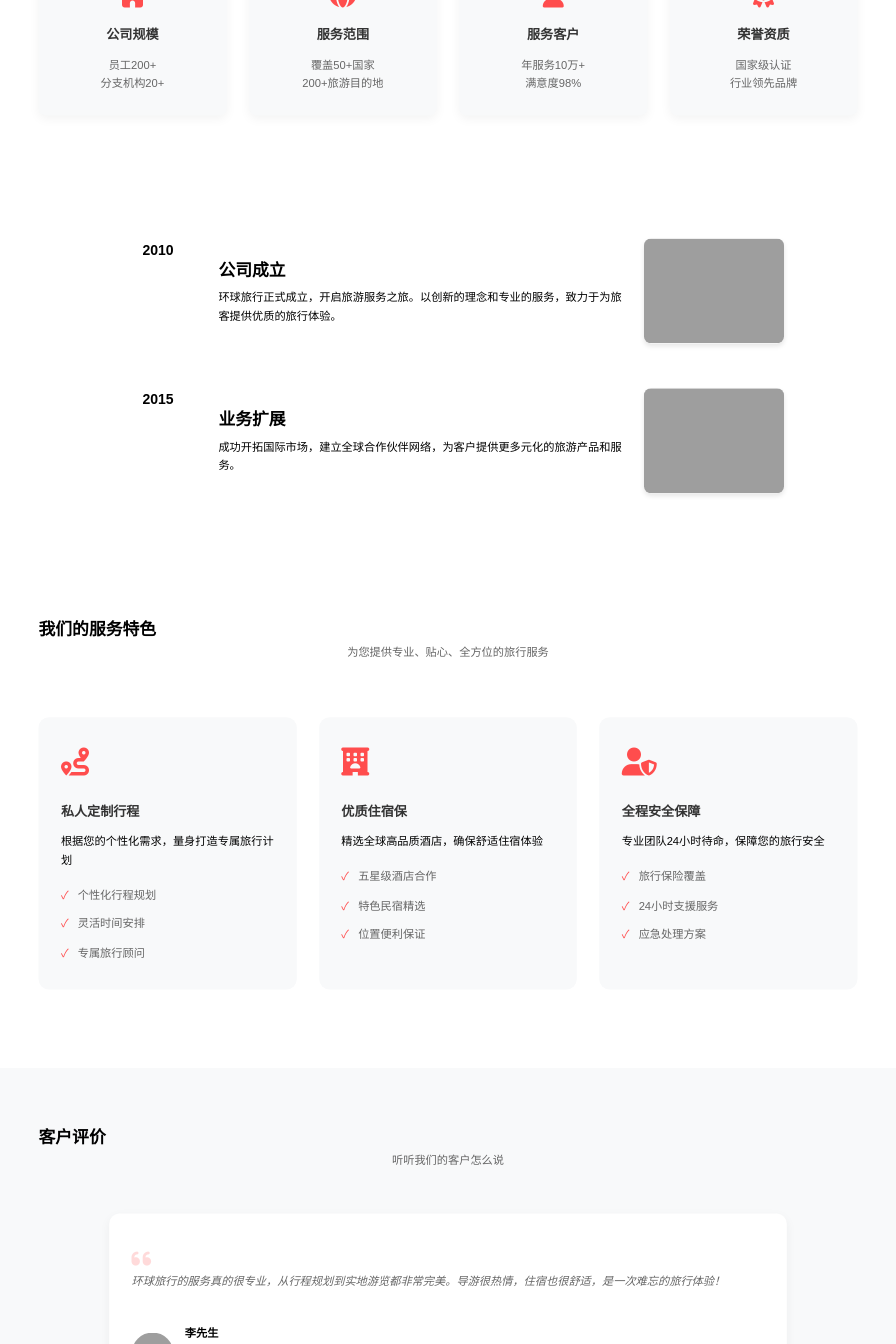
Repository: huang-heavenly-Emperor/travel_1
Page: pages/about.html
An editor plug-in stored every save of this project. The page is shown before and after the next save, followed by the edit.
The browser window is 1280 px wide. The pictures show the part of the page from y = 2351 to 4271 px (the page is 7565 px tall before and 3404 px after), at 70% of full size.
Pictures or frames that could not be fetched are drawn as grey boxes.

Above is the page before, as saved 2024-11-18 04:10:37.

### pages/about.html
<!DOCTYPE html>
<html lang="zh-CN">
<head>
    <meta charset="UTF-8">
    <meta name="viewport" content="width=device-width, initial-scale=1.0">
    <meta name="description" content="环球旅行 - 专业的旅游服务提供商，为您提供全球旅游攻略、行程规划和预订服务">
    <meta name="keywords" content="环球旅行,旅游,旅行社,旅游攻略,旅游预订">
    <meta name="author" content="环球旅行">

    <!-- 网站图标 -->
    <link rel="icon" href="../assets/images/favicon.ico" type="image/x-icon">
    <link rel="shortcut icon" href="../assets/images/favicon.ico" type="image/x-icon">

    <!-- 社交媒体分享信息 -->
    <meta property="og:title" content="关于我们 - 环球旅行">
    <meta property="og:description" content="了解环球旅行的故事和我们的服务理念">
    <meta property="og:image" content="../assets/images/about/share-image.jpg">
    <meta property="og:url" content="https://yourwebsite.com/about">

    <!-- CSS 文件引入 -->
    <link rel="stylesheet" href="../css/style.css">
    <link rel="stylesheet" href="../css/animations.css">
    <link rel="stylesheet" href="../css/responsive.css">
    <link rel="stylesheet" href="../css/about.css">

    <!-- 字体图标 -->
    <link rel="stylesheet" href="https://cdnjs.cloudflare.com/ajax/libs/font-awesome/6.0.0/css/all.min.css">

    <!-- 主题切换脚本 -->
    <script src="/js/theme.js" defer></script>
</head>
<body>
     <!-- 导航栏 -->
     <nav class="main-nav">
      <div class="nav-logo">
          <h1>环球旅行</h1>
      </div>

      <!-- 汉堡菜单按钮 -->
      <div class="hamburger">
          <span></span>
          <span></span>
          <span></span>
      </div>

      <!-- 导航菜单 -->
      <div class="nav-menu">
          <ul class="nav-links">
              <li><a href="../index.html">首页</a></li>
              <li><a href="about.html" class="active">关于我们</a></li>
              <li><a href="destinations.html">目的地</a></li>
              <li><a href="guide.html">旅游指南</a></li>
              <li><a href="news-events.html">新闻活动</a></li>
              <li><a href="contact.html">联系我们</a></li>
          </ul>
          <div class="theme-switch">
            <button class="theme-toggle" aria-label="切换主题">
                <i class="fas fa-sun light-icon"></i>
                <i class="fas fa-moon dark-icon"></i>
            </button>
        </div>
          <div class="nav-auth">
              <a href="login.html" class="btn-login">登录</a>
              <a href="register.html" class="btn-register">注册</a>
          </div>
      </div>
  </nav>
    <!-- 页面头部 -->
    <header class="about-header">
        <div class="header-content">
            <h1>关于我们</h1>
            <p>探索世界，创造回忆</p>
        </div>
    </header>

    <!-- 公司简介 -->
    <section class="company-intro">
        <div class="container">
            <div class="intro-content">
                <h2>我们的故事</h2>
                <p>环球旅行成立于2010年，致力于为旅行者提供最优质的旅游体验。十余年来，我们始终坚持"让旅行更美好"的理念，服务数十万旅客游览世界各地。</p>
            </div>
            <div class="intro-image">
                <img
                    src="https://picsum.photos/800/600?random=1"
                    alt="公司简介"
                    loading="lazy"
                >
            </div>
        </div>
    </section>

    <!-- 核心价值观 -->
    <section class="core-values">
        <div class="container">
            <h2>我们价值观</h2>
            <div class="values-grid">
                <div class="value-card">
                    <i class="fas fa-heart"></i>
                    <h3>专业服务</h3>
                    <p>提供专业的旅游规划和贴心的服务</p>
                </div>
                <div class="value-card">
                    <i class="fas fa-shield-alt"></i>
                    <h3>安全保障</h3>
                    <p>确保旅客的安全是我们的首要任务</p>
                </div>
                <div class="value-card">
                    <i class="fas fa-star"></i>
                    <h3>品质保证</h3>
                    <p>精选优质旅游路线和住宿服务</p>
                </div>
            </div>
        </div>
    </section>

    <!-- 团队介绍 -->
    <section class="team-section">
        <div class="container">
            <h2>我们的团队</h2>
            <div class="team-grid">
                <div class="team-member">
                    <div class="member-image">
                        <img
                            src="https://picsum.photos/300/300?random=2"
                            alt="团队成员"
                            loading="lazy"
                        >
                    </div>
                    <div class="member-info">
                        <h3>张明</h3>
                        <p>创始人 & CEO</p>
                    </div>
                </div>
                <!-- 更多团队成员... -->
            </div>
        </div>
    </section>

    <!-- 公司基本信息部分 -->
    <section class="company-info">
        <div class="container">
            <div class="info-grid">
                <div class="info-card">
                    <i class="fas fa-building"></i>
                    <h3>公司规模</h3>
                    <p>员工200+</p>
                    <p>分支机构20+</p>
                </div>
                <div class="info-card">
                    <i class="fas fa-globe"></i>
                    <h3>服务范围</h3>
                    <p>覆盖50+国家</p>
                    <p>200+旅游目的地</p>
                </div>
                <div class="info-card">
                    <i class="fas fa-users"></i>
                    <h3>服务客户</h3>
                    <p>年服务10万+</p>
                    <p>满意度98%</p>
                </div>
                <div class="info-card">
                    <i class="fas fa-award"></i>
                    <h3>荣誉资质</h3>
                    <p>国家级认证</p>
                    <p>行业领先品牌</p>
                </div>
            </div>
        </div>
    </section>

    <!-- 发展历程部分 -->
    <section class="timeline">
        <div class="timeline-item">
            <div class="year">2010</div>
            <div class="timeline-content">
                <div class="timeline-text">
                    <h3>公司成立</h3>
                    <p>环球旅行正式成立，开启旅游服务之旅。以创新的理念和专业的服务，致力于为旅客提供优质的旅行体验。</p>
                </div>
                <div class="timeline-image">
                    <img src="https://picsum.photos/200/150?random=1" alt="公司成立">
                </div>
            </div>
        </div>

        <div class="timeline-item">
            <div class="year">2015</div>
            <div class="timeline-content">
                <div class="timeline-text">
                    <h3>业务扩展</h3>
                    <p>成功开拓国际市场，建立全球合作伙伴网络，为客户提供更多元化的旅游产品和服务。</p>
                </div>
                <div class="timeline-image">
                    <img src="https://picsum.photos/200/150?random=2" alt="业务扩展">
                </div>
            </div>
        </div>

        <!-- 可以继续添加更多时间线项目 -->
    </section>

    <!-- 服务特色部分 -->
    <section class="service-features">
        <div class="container">
            <h2>我们的服务特色</h2>
            <p class="section-desc">为您提供专业、贴心、全方位的旅行服务</p>

            <div class="features-grid">
                <div class="feature-card">
                    <div class="feature-icon">
                        <i class="fas fa-route"></i>
                    </div>
                    <div class="feature-content">
                        <h3>私人定制行程</h3>
                        <p>根据您的个性化需求，量身打造专属旅行计划</p>
                        <ul class="feature-list">
                            <li>个性化行程规划</li>
                            <li>灵活时间安排</li>
                            <li>专属旅行顾问</li>
                        </ul>
                    </div>
                </div>

                <div class="feature-card">
                    <div class="feature-icon">
                        <i class="fas fa-hotel"></i>
                    </div>
                    <div class="feature-content">
                        <h3>优质住宿保</h3>
                        <p>精选全球高品质酒店，确保舒适住宿体验</p>
                        <ul class="feature-list">
                            <li>五星级酒店合作</li>
                            <li>特色民宿精选</li>
                            <li>位置便利保证</li>
                        </ul>
                    </div>
                </div>

                <div class="feature-card">
                    <div class="feature-icon">
                        <i class="fas fa-user-shield"></i>
                    </div>
                    <div class="feature-content">
                        <h3>全程安全保障</h3>
                        <p>专业团队24小时待命，保障您的旅行安全</p>
                        <ul class="feature-list">
                            <li>旅行保险覆盖</li>
                            <li>24小时支援服务</li>
                            <li>应急处理方案</li>
                        </ul>
                    </div>
                </div>
            </div>
        </div>
    </section>

    <!-- 客户评价部分 -->
    <section class="testimonials">
        <div class="container">
            <h2>客户评价</h2>
            <p class="section-desc">听听我们的客户怎么说</p>

            <div class="testimonials-slider">
                <div class="testimonial-card">
                    <div class="testimonial-content">
                        <i class="fas fa-quote-left"></i>
                        <p>环球旅行的服务真的很专业，从行程规划到实地游览都非常完美。导游很热情，住宿也很舒适，是一次难忘的旅行体验！</p>
                    </div>
                    <div class="testimonial-author">
                        <img src="https://picsum.photos/100/100?random=6" alt="客户头像" loading="lazy">
                        <div class="author-info">
                            <h4>李先生</h4>
                            <p>法国巴黎之旅</p>
                            <div class="rating">
                                <i class="fas fa-star"></i>
                                <i class="fas fa-star"></i>
                                <i class="fas fa-star"></i>
                                <i class="fas fa-star"></i>
                                <i class="fas fa-star"></i>
                            </div>
                        </div>
                    </div>
                </div>

                <!-- 更多评价卡片 -->
            </div>

            <!-- 滑动控制按钮 -->
            <div class="slider-controls">
                <button class="prev-btn"><i class="fas fa-chevron-left"></i></button>
                <button class="next-btn"><i class="fas fa-chevron-right"></i></button>
            </div>
        </div>
    </section>

    <!-- 合作伙伴部分 -->
    <section class="partners">
        <div class="container">
            <h2>合作伙伴</h2>
            <p class="section-desc">与全球知名品牌携手合作，为您提供优质服务</p>

            <!-- 合作伙伴分类 -->
            <div class="partners-tabs">
                <button class="tab-btn active" data-category="hotels">酒店集团</button>
                <button class="tab-btn" data-category="airlines">航公司</button>
                <button class="tab-btn" data-category="attractions">景点机构</button>
            </div>

            <!-- 酒店集团 -->
            <div class="partners-grid active" id="hotels">
                <div class="partner-card">
                    <img src="https://via.placeholder.com/200x100?text=Hotel+Partner" alt="酒店集团1">
                    <div class="partner-info">
                        <h4>国际连锁酒店</h4>
                        <p>五星级酒店合作伙伴</p>
                    </div>
                </div>
                <div class="partner-card">
                    <img src="https://via.placeholder.com/200x100?text=Hotel+Group+2" alt="酒店集团2">
                    <div class="partner-info">
                        <h4>精品酒店联盟</h4>
                        <p>特色住宿体验</p>
                    </div>
                </div>
                <div class="partner-card">
                    <img src="https://via.placeholder.com/200x100?text=Hotel+Group+3" alt="酒店集团3">
                    <div class="partner-info">
                        <h4>度假村集团</h4>
                        <p>度假胜地合作伙伴</p>
                    </div>
                </div>
            </div>

            <!-- 航空公司 -->
            <div class="partners-grid" id="airlines">
                <div class="partner-card">
                    <img src="https://via.placeholder.com/200x100?text=Airline+1" alt="航空公司1">
                    <div class="partner-info">
                        <h4>国际航空</h4>
                        <p>全球航线网络</p>
                    </div>
                </div>
                <div class="partner-card">
                    <img src="https://via.placeholder.com/200x100?text=Airline+2" alt="航空公司2">
                    <div class="partner-info">
                        <h4>东方航空</h4>
                        <p>亚洲航线专家</p>
                    </div>
                </div>
                <div class="partner-card">
                    <img src="https://via.placeholder.com/200x100?text=Airline+3" alt="航空公司3">
                    <div class="partner-info">
                        <h4>南方航空</h4>
                        <p>区域航线覆盖</p>
                    </div>
                </div>
            </div>

            <!-- 景点机构 -->
            <div class="partners-grid" id="attractions">
                <div class="partner-card">
                    <img src="https://via.placeholder.com/200x100?text=Attraction+1" alt="景点1">
                    <div class="partner-info">
                        <h4>世界遗产联盟</h4>
                        <p>文化遗产合</p>
                    </div>
                </div>
                <div class="partner-card">
                    <img src="https://via.placeholder.com/200x100?text=Attraction+2" alt="景点2">
                    <div class="partner-info">
                        <h4>主题园集团</h4>
                        <p>娱乐项目合作</p>
                    </div>
                </div>
                <div class="partner-card">
                    <img src="https://via.placeholder.com/200x100?text=Attraction+3" alt="景点3">
                    <div class="partner-info">
                        <h4>自然公园联盟</h4>
                        <p>自然景观合作</p>
                    </div>
                </div>
            </div>
        </div>
    </section>

    <!-- 新闻动态 -->
    <section class="news-section">
        <div class="container">
            <h2>新闻动态</h2>
            <p class="section-desc">了解我们的最新动态</p>

            <div class="news-grid">
                <!-- 新闻卡片 1 -->
                <div class="news-card">
                    <div class="news-image">
                        <img src="https://picsum.photos/400/250?random=5" alt="新闻图片1">
                        <div class="news-date">
                            <span>2024</span>
                            <span>3月15日</span>
                        </div>
                    </div>
                    <div class="news-content">
                        <h3>2024年旅游新趋势发布</h3>
                        <p>我们发布了2024年最新的旅游趋势报告，深入析了后疫情时代的旅市场变化...</p>
                        <a href="#" class="read-more">阅读更多</a>
                    </div>
                </div>

                <!-- 新闻卡片 2 -->
                <div class="news-card">
                    <div class="news-image">
                        <img src="https://picsum.photos/400/250?random=6" alt="新闻图片2">
                        <div class="news-date">
                            <span>2024</span>
                            <span>3月10日</span>
                        </div>
                    </div>
                    <div class="news-content">
                        <h3>新增东南亚旅游线路</h3>
                        <p>我们新增了多条东南亚特色旅游线路，带您探索更多异国风情...</p>
                        <a href="#" class="read-more">阅读更多</a>
                    </div>
                </div>

                <!-- 新闻卡片 3 -->
                <div class="news-card">
                    <div class="news-image">
                        <img src="https://picsum.photos/400/250?random=7" alt="新闻片3">
                        <div class="news-date">
                            <span>2024</span>
                            <span>3月5日</span>
                        </div>
                    </div>
                    <div class="news-content">
                        <h3>荣获年度最佳旅行社</h3>
                        <p>环球旅行凭借优质服务和创新的理念荣获2024年度最佳旅行社称号...</p>
                        <a href="#" class="read-more">阅读更多</a>
                    </div>
                </div>
            </div>
        </div>
    </section>

    <!-- 常见问题解答 -->
    <section class="faq-section">
        <div class="container">
            <h2>常见问题</h2>
            <p class="section-desc">为您解答最常见的问题</p>

            <div class="faq-container">
                <div class="faq-item">
                    <div class="faq-question">
                        <h3>如何预订旅行套餐？</h3>
                        <span class="toggle-icon">+</span>
                    </div>
                    <div class="faq-answer">
                        <p>您可以通过我们的官网、手机APP或致电客服进行预订。我们的客服团队将为您提供专业的咨询和预订服务。</p>
                    </div>
                </div>

                <div class="faq-item">
                    <div class="faq-question">
                        <h3>可以定制行程吗？</h3>
                        <span class="toggle-icon">+</span>
                    </div>
                    <div class="faq-answer">
                        <p>是的，我们提供个性化定制服务。您可以联系我们的旅行顾问，根据您的具体需求定制专属行程。</p>
                    </div>
                </div>

                <div class="faq-item">
                    <div class="faq-question">
                        <h3>如何处理行程变更？</h3>
                        <span class="toggle-icon">+</span>
                    </div>
                    <div class="faq-answer">
                        <p>您可以在出发前72小时内联系客服进行变更。我们会根据具体情况协助您调整行程。</p>
                    </div>
                </div>
            </div>
        </div>
    </section>

    <!-- 联系方式详情 -->
    <section class="contact-info">
        <div class="container">
            <h2>联系我们</h2>
            <p class="section-desc">随时为您提供帮助和支持</p>

            <div class="contact-grid">
                <!-- 办公地址 -->
                <div class="contact-card">
                    <div class="contact-icon">
                        <i class="fas fa-map-marker-alt"></i>
                    </div>
                    <h3>办公地址</h3>
                    <p>北京市朝阳区建国路88号</p>
                    <p>环球旅行大厦15层</p>
                </div>

                <!-- 联系电话 -->
                <div class="contact-card">
                    <div class="contact-icon">
                        <i class="fas fa-phone"></i>
                    </div>
                    <h3>电话咨询</h3>
                    <p>客服热线：400-888-8888</p>
                    <p>商务合作：010-88888888</p>
                </div>

                <!-- 电子邮箱 -->
                <div class="contact-card">
                    <div class="contact-icon">
                        <i class="fas fa-envelope"></i>
                    </div>
                    <h3>电子邮箱</h3>
                    <p>客服邮箱：service@globaltravel.com</p>
                    <p>商务邮箱：business@globaltravel.com</p>
                </div>

                <!-- 社交媒体 -->
                <div class="contact-card">
                    <div class="contact-icon">
                        <i class="fas fa-comments"></i>
                    </div>
                    <h3>社交媒体</h3>
                    <div class="social-links">
                        <a href="#"><i class="fab fa-weixin"></i></a>
                        <a href="#"><i class="fab fa-weibo"></i></a>
                        <a href="#"><i class="fab fa-qq"></i></a>
                    </div>
                </div>
            </div>
        </div>
    </section>


    <!-- 页脚 -->
   <!-- 页脚部分 -->
   <footer class="footer">
    <div class="footer-top">
        <div class="container">
            <div class="footer-grid">
                <!-- 公司简介 -->
                <div class="footer-company">
                    <h3>环球旅行</h3>
                    <p>专业的旅游服务提供商，致力于为您打造完美的旅行体验。</p>
                    <div class="social-links">
                        <a href="#"><i class="fab fa-weixin"></i></a>
                        <a href="#"><i class="fab fa-weibo"></i></a>
                        <a href="#"><i class="fab fa-qq"></i></a>
                        <a href="#"><i class="fab fa-instagram"></i></a>
                    </div>
                </div>

                <!-- 快速链接 -->
                <div class="footer-links">
                    <h3>快速链接</h3>
                    <ul>
                        <li><a href="about.html">关于我们</a></li>
                        <li><a href="destinations.html">目的地</a></li>
                        <li><a href="guide.html">旅游指南</a></li>
                        <li><a href="contact.html">联系我们</a></li>
                    </ul>
                </div>

                <!-- 热门目的地 -->
                <div class="footer-destinations">
                    <h3>热门目的地</h3>
                    <ul>
                        <li><a href="destinations/paris.html">巴黎</a></li>
                        <li><a href="destinations/tokyo.html">东京</a></li>
                        <li><a href="destinations/santorini.html">圣托里尼</a></li>
                        <li><a href="destinations/maldives.html">马尔代夫</a></li>
                    </ul>
                </div>

                <!-- 联系方式 -->
                <div class="footer-contact">
                    <h3>联系我们</h3>
                    <ul>
                        <li><i class="fas fa-phone"></i> 400-888-8888</li>
                        <li><i class="fas fa-envelope"></i> service@globaltravel.com</li>
                        <li><i class="fas fa-map-marker-alt"></i> 北京市朝阳区xxx街xxx号</li>
                    </ul>
                </div>
            </div>
        </div>
    </div>

    <!-- 页脚底部 -->
    <div class="footer-bottom">
        <div class="container">
            <div class="footer-bottom-content">
                <p>&copy; 2024 环球旅行 版权所有</p>
                <div class="footer-bottom-links">
                    <a href="#">隐私政策</a>
                    <a href="#">服务条款</a>
                    <a href="#">网站地图</a>
                </div>
            </div>
        </div>
    </div>
</footer>


</body>
</html>

### css/animations.css
/* 导航链接悬停动画 */
.nav-links a:hover {
    color: #007bff;
    transform: translateY(-2px);
}

/* 轮播图动画 */
.fade {
    animation: fadeEffect 1.5s ease-in-out;
}

@keyframes fadeEffect {
    from {
        opacity: 0;
    }
    to {
        opacity: 1;
    }
}

/* 关于页面动画 */
@keyframes fadeInDown {
    from {
        opacity: 0;
        transform: translateY(-30px);
    }
    to {
        opacity: 1;
        transform: translateY(0);
    }
}

@keyframes fadeInUp {
    from {
        opacity: 0;
        transform: translateY(30px);
    }
    to {
        opacity: 1;
        transform: translateY(0);
    }
}

/* 滚动显示动画 */
.scroll-reveal {
    opacity: 0;
    transform: translateY(30px);
    transition: all 0.8s ease;
}

.scroll-reveal.active {
    opacity: 1;
    transform: translateY(0);
}

Loaded but not shown: js/theme.js (16 lines, source omitted); css/style.css (896 lines, source omitted); css/about.css (825 lines, source omitted); css/responsive.css (132 lines, source omitted)

After the next save:
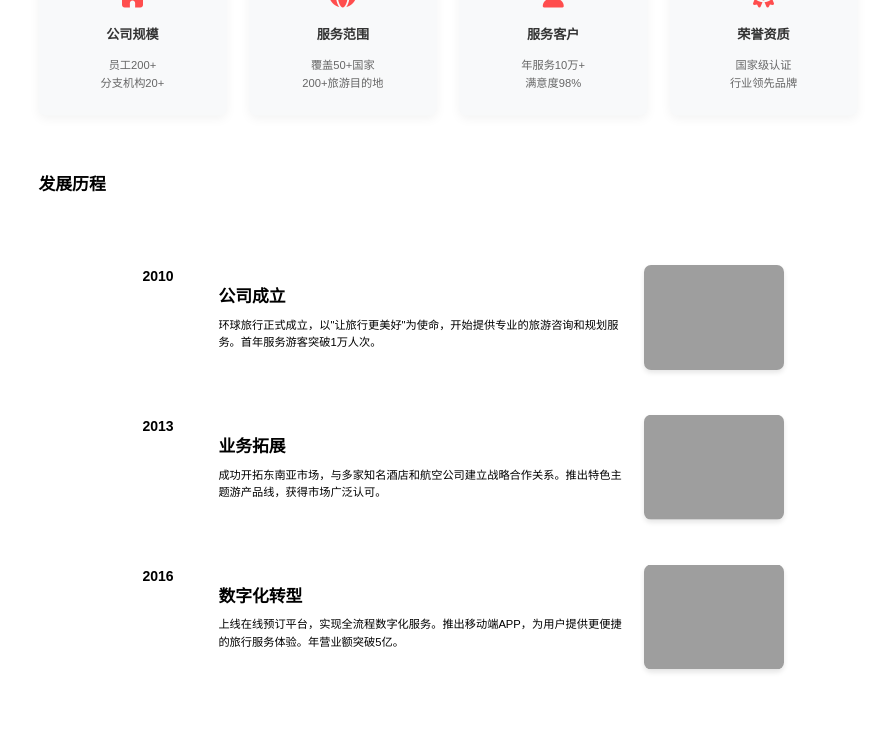
Saved 112 s later.
--- a/pages/about.html
+++ b/pages/about.html
@@ -170,6 +170,48 @@
     </section>
 
     <!-- 发展历程部分 -->
+    <section class="history-timeline">
+        <div class="container">
+            <h2>发展历程</h2>
+            <div class="timeline">
+                <!-- 2010年 公司成立 -->
+                <div class="timeline-item">
+                    <div class="year">2010</div>
+                    <div class="timeline-content">
+                        <div class="timeline-text">
+                            <h3>公司成立</h3>
+                            <p>环球旅行正式成立，以"让旅行更美好"为使命，开始提供专业的旅游咨询和规划服务。首年服务游客突破1万人次。</p>
+                        </div>
+                        <div class="timeline-image">
+                            <img src="https://picsum.photos/200/150?random=1" alt="公司成立">
+                        </div>
+                    </div>
+                </div>
+
+                <!-- 2013年 业务拓展 -->
+                <div class="timeline-item">
+                    <div class="year">2013</div>
+                    <div class="timeline-content">
+                        <div class="timeline-text">
+                            <h3>业务拓展</h3>
+                            <p>成功开拓东南亚市场，与多家知名酒店和航空公司建立战略合作关系。推出特色主题游产品线，获得市场广泛认可。</p>
+                        </div>
+                        <div class="timeline-image">
+                            <img src="https://picsum.photos/200/150?random=2" alt="业务拓展">
+                        </div>
+                    </div>
+                </div>
+
+                <!-- 2016年 数字化转型 -->
+                <div class="timeline-item">
+                    <div class="year">2016</div>
+                    <div class="timeline-content">
+                        <div class="timeline-text">
+                            <h3>数字化转型</h3>
+                            <p>上线在线预订平台，实现全流程数字化服务。推出移动端APP，为用户提供更便捷的旅行服务体验。年营业额突破5亿。</p>
+                        </div>
+                        <div class="timeline-image">
+                            <img src="https://picsum.photos/200/150?random=3" alt="数字化转型">
     <section class="timeline">
         <div class="timeline-item">
             <div class="year">2010</div>
